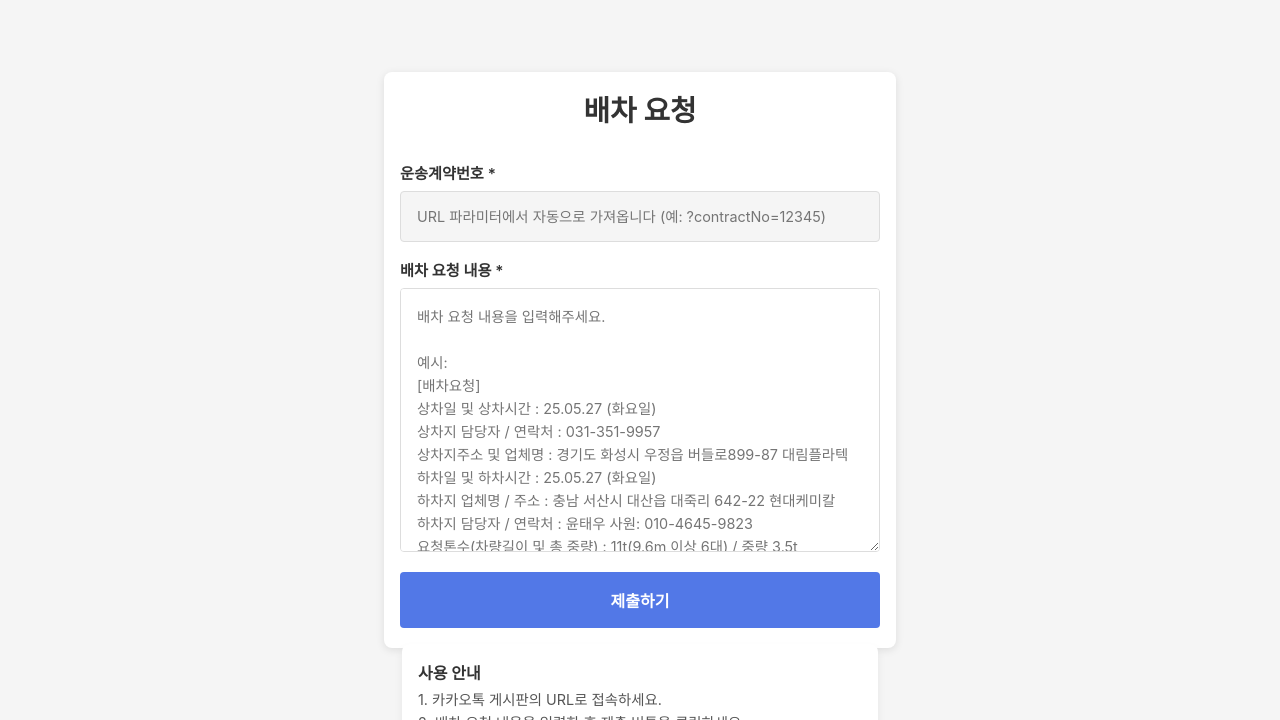
Repository: deul428/logis_transport
Page: / (app in frontend/)
The author's editor kept a copy of each file at every save. The page is drawn from the files as they stood at one save, then again after a run of saves.
The browser window is 1280 px wide. The pictures show the whole page.
The project was rebuilt for these pictures with package versions that can differ from the ones it lists, and the page was loaded fresh each time. Also part of the build but not shown: frontend/src/App.scss.

Above is the page before, as saved 2025-11-13 13:56:22.

### frontend/public/index.html
<!DOCTYPE html>
<html lang="en">
  <head>
    <meta charset="utf-8" />
    <link rel="icon" href="%PUBLIC_URL%/favicon.ico" />
    <meta name="viewport" content="width=device-width, initial-scale=1" />
    <meta name="theme-color" content="#000000" />
    <meta
      name="description"
      content="Web site created using create-react-app"
    />
    <link rel="apple-touch-icon" href="%PUBLIC_URL%/android-icon-192x192.png" />
    <!--
      manifest.json provides metadata used when your web app is installed on a
      user's mobile device or desktop. See https://developers.google.com/web/fundamentals/web-app-manifest/
    -->
    <link rel="manifest" href="%PUBLIC_URL%/manifest.json" />
    <!--
      Notice the use of %PUBLIC_URL% in the tags above.
      It will be replaced with the URL of the `public` folder during the build.
      Only files inside the `public` folder can be referenced from the HTML.

      Unlike "/favicon.ico" or "favicon.ico", "%PUBLIC_URL%/favicon.ico" will
      work correctly both with client-side routing and a non-root public URL.
      Learn how to configure a non-root public URL by running `npm run build`.
    -->
    <title>로지스 운송 오더</title>
  </head>
  <body>
    <div id="root"></div>
    <!--
      This HTML file is a template.
      If you open it directly in the browser, you will see an empty page.

      You can add webfonts, meta tags, or analytics to this file.
      The build step will place the bundled scripts into the <body> tag.

      To begin the development, run `npm start` or `yarn start`.
      To create a production bundle, use `npm run build` or `yarn build`.
    -->
  </body>
</html>

### frontend/src/App.js
import { useState, useEffect } from "react";
import "./App.scss";
import "./styles/transport.scss";

function App() {
  const [contractNo, setContractNo] = useState("");
  const [content, setContent] = useState("");
  const [isSubmitted, setIsSubmitted] = useState(false);

  useEffect(() => {
    // URL에서 계약 번호 파라미터 읽기
    const params = new URLSearchParams(window.location.search);
    const contractNoParam =
      params.get("contractNo") || params.get("contract") || "";

    if (contractNoParam) {
      setContractNo(contractNoParam);
    }
  }, []);

  // 구글 폼 제출
  const handleSubmit = async (e) => {
    e.preventDefault();

    if (!contractNo.trim()) {
      alert(
        "계약 번호가 없습니다. URL에 계약 번호를 포함해주세요. (예: ?contractNo=12345)"
      );
      return;
    }

    if (!content.trim()) {
      alert("배차 요청 내용을 입력해 주세요.");
      return;
    }

    try {
      // 제출 시간 생성 (한국 시간)
      const now = new Date();
      const koreaTimeOffset = 9 * 60; // 한국은 UTC+9
      const koreaTime = new Date(now.getTime() + koreaTimeOffset * 60 * 1000);
      const year = koreaTime.getFullYear();
      const month = String(koreaTime.getMonth() + 1).padStart(2, "0");
      const day = String(koreaTime.getDate()).padStart(2, "0");
      const hours = String(koreaTime.getHours()).padStart(2, "0");
      const minutes = String(koreaTime.getMinutes()).padStart(2, "0");
      const seconds = String(koreaTime.getSeconds()).padStart(2, "0");
      const submitTime = `${year}-${month}-${day} ${hours}:${minutes}:${seconds}`;

      const formData = new FormData();
      // 계약 번호 필드 (구글 폼의 entry ID로 변경 필요)
      formData.append("entry.1271596132", contractNo);
      // 배차 요청 내용 필드 (구글 폼의 entry ID로 변경 필요)
      formData.append("entry.1285765036", content);

      // 구글 폼 URL (실제 구글 폼 URL로 변경 필요)
      const googleFormUrl =
        "https://docs.google.com/forms/d/e/1FAIpQLSepUaIyU7xQX5y7V2-OXf7BZamqW1xnarS4jM8SswiHX2m2rA/formResponse";

      await fetch(googleFormUrl, {
        method: "POST",
        body: formData,
        mode: "no-cors",
      });

      setIsSubmitted(true);
    } catch (err) {
      alert("오류가 발생했습니다. 관리자에게 문의해 주세요.");
      console.error(err);
    }
  };

  const resetForm = () => {
    setContent("");
    setIsSubmitted(false);
  };

  return (
    <div id="transport">
      <div className="cntnt_box">
        <div className="transport_header">
          <h2>배차 요청</h2>
        </div>

        {/* 입력 폼 */}
        {!isSubmitted && (
          <div id="input_area">
            <form id="customForm" onSubmit={handleSubmit}>
              <div className="input_field">
                <label>운송계약번호 *</label>
                <input
                  type="text"
                  value={contractNo}
                  disabled
                  placeholder="URL 파라미터에서 자동으로 가져옵니다 (예: ?contractNo=12345)"
                  style={{
                    backgroundColor: "#f5f5f5",
                    cursor: "not-allowed",
                    color: "#666",
                  }}
                />
              </div>

              <div className="input_field">
                <label>배차 요청 내용 *</label>
                <textarea
                  name="content"
                  rows={10}
                  placeholder={`배차 요청 내용을 입력해주세요.

예시:
[배차요청]
상차일 및 상차시간 : 25.05.27 (화요일)
상차지 담당자 / 연락처 : 031-351-9957
상차지주소 및 업체명 : 경기도 화성시 우정읍 버들로899-87 대림플라텍
하차일 및 하차시간 : 25.05.27 (화요일)
하차지 업체명 / 주소 : 충남 서산시 대산읍 대죽리 642-22 현대케미칼
하차지 담당자 / 연락처 : 윤태우 사원: 010-4645-9823
요청톤수(차량길이 및 총 중량) : 11t(9.6m 이상 6대) / 중량 3.5t
수작업유무 Y/N : N
※요청차량대수 : 총 8대`}
                  value={content}
                  onChange={(e) => setContent(e.target.value)}
                />
              </div>

              <button type="submit">제출하기</button>
            </form>
          </div>
        )}

        {/* 결과 표시 영역 */}
        {isSubmitted && (
          <div id="result_area">
            <h2>접수가 완료되었습니다.</h2>
            <div id="submittedData" className="card">
              <div className="rows row_01">
                <h3>운송계약번호</h3>
                <p>{contractNo || "미입력"}</p>
              </div>
              <div className="rows row_02">
                <h3>배차 요청 내용</h3>
                <p style={{ whiteSpace: "pre-wrap", wordBreak: "break-word" }}>
                  {content}
                </p>
              </div>
            </div>
            <button id="newResponseLink" onClick={resetForm}>
              신규 접수하기
            </button>
          </div>
        )}

        {/* 안내 영역 */}
        {!isSubmitted && (
          <div id="desc_area" className="card">
            <div className="info_box">
              <h3>사용 안내</h3>
              <p>
                1. 카카오톡 게시판의 URL로 접속하세요.
                <br />
                2. 배차 요청 내용을 입력한 후 제출 버튼을 클릭하세요.
                <br />
                <br />
                문의사항은 담당자에게 연락해 주시기 바랍니다.
              </p>
            </div>
          </div>
        )}
      </div>
    </div>
  );
}

export default App;

### frontend/src/styles/transport.scss
.card {
  padding: 1rem;
  font-size: 0.9rem;
  margin: 0 auto;
  width: calc(100% - 4px - 2rem);
  border-radius: 0.5rem;
  margin-top: 1rem;
  background: white;
  box-shadow: 0 5px 10px 0 rgba(0, 0, 0, 0.064);
}
#transport {
  width: 100dvw;
  height: 100dvh;
  margin: 0 auto;
  min-height: 100vh;
  background-color: #f5f5f5;
  display: flex;
  justify-content: center;
  align-items: center;
  overflow: hidden;

  .cntnt_box {
    padding: 1rem;
    height: calc(80% - 2rem);
    width: calc(40% - 2rem);
    background-color: white;
    border-radius: 8px;
    box-shadow: 0 2px 8px rgba(0, 0, 0, 0.1);

    .transport_header {
      text-align: center;
      margin-bottom: 2rem;

      h2 {
        margin: 0 0 0.2rem;
        font-size: 1.8rem;
        color: #333;
      }
    }

    #input_area {
      margin-bottom: 1rem;
      width: 100%;

      form {
        margin: 0 auto;
        text-align: left;

        .input_field {
          margin-bottom: 1rem;

          label {
            display: block;
            margin-bottom: 8px;
            font-weight: 600;
            color: #333;
            font-size: 0.95rem;
          }

          input,
          textarea {
            font-size: 0.9rem;
            font-family: inherit;
            width: 100%;
            padding: 1rem;
            border: 1px solid #ddd;
            border-radius: 0.25rem;
            box-sizing: border-box;
            transition: border-color 0.3s;

            &:focus {
              outline: none;
              border-color: #5278e7;
            }

            &:disabled {
              background-color: #f5f5f5;
              cursor: not-allowed;
              color: #666;
            }
          }

          textarea {
            resize: vertical;
            line-height: 1.6;
          }
        }

        button[type="submit"] {
          width: 100%;
          padding: 1rem 0.5rem;
          background-color: #5278e7;
          color: white;
          border: none;
          border-radius: 0.25rem;
          font-size: 1rem;
          font-weight: 600;
          cursor: pointer;
          transition: background-color 0.3s;

          &:hover {
            background-color: #4268d6;
          }

          &:active {
            background-color: #3258c6;
          }
        }
      }
    }

    #result_area {
      width: 100%;
      text-align: center;

      h2 {
        margin: 0 0 1rem;
        font-size: 1.5rem;
        color: #333;
      }

      #submittedData {
        text-align: left;
        margin-bottom: 1rem;
        background-color: #f9f9f9;
        border-radius: 0.25rem;
        padding: 1rem;
        box-shadow: none;

        div.rows {
          width: 100%;
          margin-bottom: 1rem;

          &:last-child {
            margin-bottom: 0;
          }

          h3 {
            margin-top: 0;
            margin-bottom: 1rem;
            font-size: 1rem;
            color: #5278e7;
          }

          p {
            white-space: pre-wrap;
            word-break: break-word;
            overflow-wrap: break-word;
            margin: 0;
            color: #333;
            line-height: 1.6;
          }
        }
      }

      #newResponseLink {
        width: 100%;
        padding: 1rem;
        background-color: #6c757d;
        color: white;
        border: none;
        border-radius: 0.25rem;
        font-size: 0.95rem;
        font-weight: 600;
        cursor: pointer;
        transition: background-color 0.3s;
        margin-top: 1rem;

        &:hover {
          background-color: #5a6268;
        }
      }
    }

    #desc_area {
      .info_box {
        h3 {
          margin: 0 0 0.25rem;
          font-size: 1rem;
          color: #333;
        }

        p {
          margin: 0;
          font-size: 0.9rem;
          color: #555;
          line-height: 1.6;
        }
      }
    }
  }

  /* 반응형 */
  @media (max-width: 768px) {
    padding: 1rem;

    .cntnt_box {
      padding: 1rem;

      .transport_header h2 {
        font-size: 1.5rem;
      }

      #input_area form .input_field textarea {
        min-height: 250px;
      }
    }
  }
}

Loaded but not shown: frontend/src/index.js (common file); frontend/src/index.css (common file); frontend/src/reportWebVitals.js (common file)

After the next 2 saves:
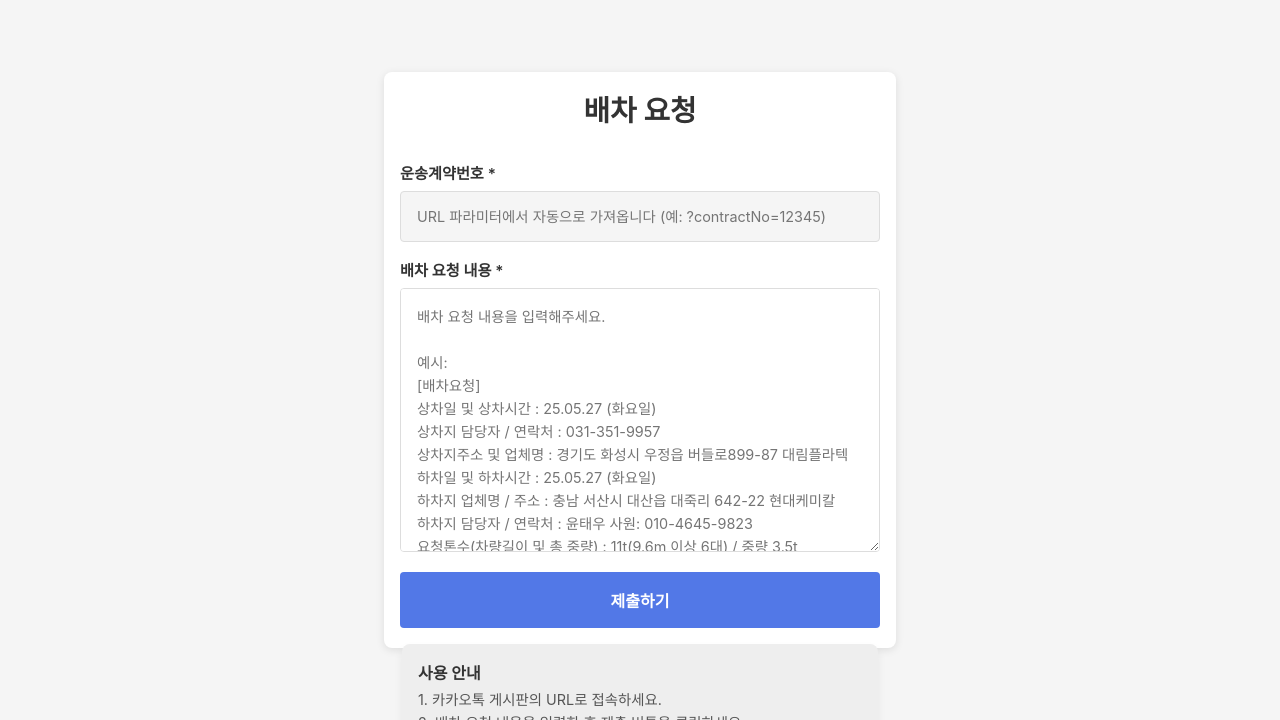
The 2 saves are shown as one change because they came seconds apart.
The last was saved 19 s later.
--- a/frontend/src/styles/transport.scss
+++ b/frontend/src/styles/transport.scss
@@ -173,6 +173,8 @@
     }
 
     #desc_area {
+      background: #eee;
+      color: #000;
       .info_box {
         h3 {
           margin: 0 0 0.25rem;
